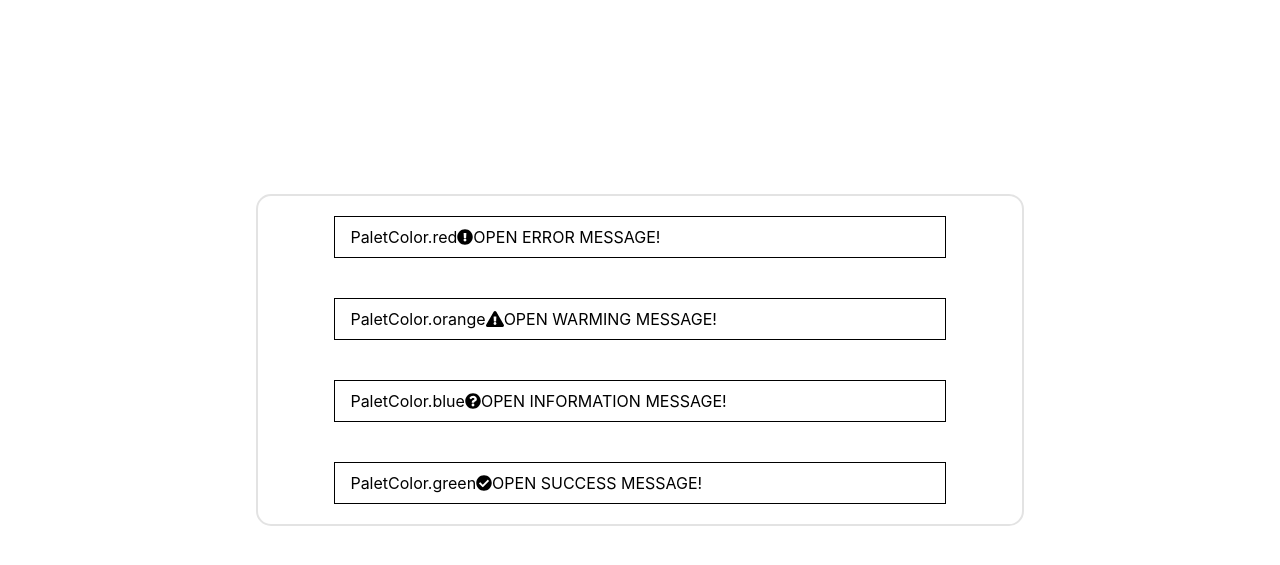
Repository: KrzysKolo/sr_tydzien5_zad2
Page: /
An editor plug-in stored every save of this project. The page is shown before and after a run of saves, followed by the edit.
The browser window is 1280 px wide. The pictures show the whole page.
The project was rebuilt for these pictures with package versions that can differ from the ones it lists, and the page was loaded fresh each time.

Above is the page before, as saved 2020-12-21 17:23:53.

### public/index.html
<!DOCTYPE html>
<html lang="en">
  <head>
    <meta charset="utf-8" />
    <link rel="icon" href="%PUBLIC_URL%/favicon.ico" />
    <meta name="viewport" content="width=device-width, initial-scale=1" />
    <meta name="theme-color" content="#000000" />
    <meta
      name="description"
      content="Web site created using create-react-app"
    />
    <link rel="apple-touch-icon" href="%PUBLIC_URL%/logo192.png" />
    <!--
      manifest.json provides metadata used when your web app is installed on a
      user's mobile device or desktop. See https://developers.google.com/web/fundamentals/web-app-manifest/
    -->
    <link rel="manifest" href="%PUBLIC_URL%/manifest.json" />
    <!--
      Notice the use of %PUBLIC_URL% in the tags above.
      It will be replaced with the URL of the `public` folder during the build.
      Only files inside the `public` folder can be referenced from the HTML.

      Unlike "/favicon.ico" or "favicon.ico", "%PUBLIC_URL%/favicon.ico" will
      work correctly both with client-side routing and a non-root public URL.
      Learn how to configure a non-root public URL by running `npm run build`.
    -->
    <title>Zad 2 - snackbar</title>
  </head>
  <body>
    <noscript>You need to enable JavaScript to run this app.</noscript>
    <div id="root"></div>
    <!--
      This HTML file is a template.
      If you open it directly in the browser, you will see an empty page.

      You can add webfonts, meta tags, or analytics to this file.
      The build step will place the bundled scripts into the <body> tag.

      To begin the development, run `npm start` or `yarn start`.
      To create a production bundle, use `npm run build` or `yarn build`.
    -->
  </body>
</html>

### src/App.js
import React from 'react';
import Buttons from './components/Buttons';
import './App.css';
const App = () => {
  return (
    <div className="wrapper--btn">
      <Buttons />
    </div>
  )
}

export default App;

### src/components/Buttons.js
import React from 'react';
import PaletColors from './../colors/PaletColors';
import ButtonsData from './../data/ButtonsData';
import Button from './Button';

const Buttons = () => {
    return (
        <>
            {ButtonsData.map(button =>
                <Button key={button.id} bgc={button.color} data={button} />
            )}
        </>
    )
}

export default Buttons;

### src/App.css
* {
  box-sizing: border-box;
  margin: 0;
  position: relative;
}
body {
  width: 100vw;
  height: 100vh;
  display: flex;
  flex-direction: row;
  justify-content: center;
  align-items: center;
}
.wrapper--btn {
  border: 2px solid #e3e3e3;
  border-radius: 15px;
  width: 60vw;
  display: flex;
  flex-direction: column;
  justify-content: center;
  align-items: center;
}
.btn {
  border: 1px solid black;
  padding: 10px 15px;
  margin: 20px;
  width: 80%;
}

### src/colors/PaletColors.js
const PaletColors = {
    "red": "rgb(244, 67, 54)",
    "orange": "rgb(255, 152, 0)",
    "blue": "rgb(33, 150, 243)",
    "green": "rgb(76, 175, 80)",
    "maroon": "rgb(124, 0, 0)",
    "navy": "rgb(44, 44, 96)",
    "white": "rgb(240, 239, 244)",
    "black": "rgb(0, 0, 0)",
};

  export default PaletColors;

### src/data/ButtonsData.js
const ButtonsData = [
    {
      id: 0,
      name: "OPEN ERROR MESSAGE!",
      event: "handleClickError",
      color: "PaletColor.red",
      icon: "faExclamationCircle"
    },
    {
      id: 1,
      name: "OPEN WARMING MESSAGE!",
      event: "handleClickWarming",
      color: "PaletColor.orange",
      icon: "faExclamationTriangle",
    },
    {
      id: 2,
      name: "OPEN INFORMATION MESSAGE!",
      event: "handleClickInformation",
      color: "PaletColor.blue",
      icon: "faQuestionCircle",
    },
    {
      id: 3,
      name: "OPEN SUCCESS MESSAGE!",
      event: "handleClickSuccess",
      color: "PaletColor.green",
      icon: "faCheckCircle",
    },

  ]
 export default ButtonsData;

### src/components/Button.js
import React, { useState } from 'react';
import Icons from './Icons';
import PaletColors from './../colors/PaletColors';

const Button = ({data, bgc}) => {
    const [isHover, setIsHover] = useState(false)
    return (
        <div className="btn" onClick={data.event}>{bgc}
            <Icons icon={data.icon}/>
             {data.name}
        </div>
    )
}

export default Button;

### src/components/Icons.js
import React from 'react';
import { FontAwesomeIcon } from '@fortawesome/react-fontawesome';
import { faCheckCircle, faQuestionCircle, faExclamationTriangle, faExclamationCircle } from '@fortawesome/free-solid-svg-icons';

const Icons = ({icon}) => {

        switch (icon) {
            case 'faExclamationCircle': return <FontAwesomeIcon icon={faExclamationCircle} />;
            case 'faExclamationTriangle': return <FontAwesomeIcon icon={faExclamationTriangle} />;
            case 'faQuestionCircle': return <FontAwesomeIcon icon={faQuestionCircle} />;
            case 'faCheckCircle': return <FontAwesomeIcon icon={faCheckCircle} />;
            default: return null;
            }



}

export default Icons;

Loaded but not shown: src/index.js (common file); src/index.css (common file)

After the next 5 saves:
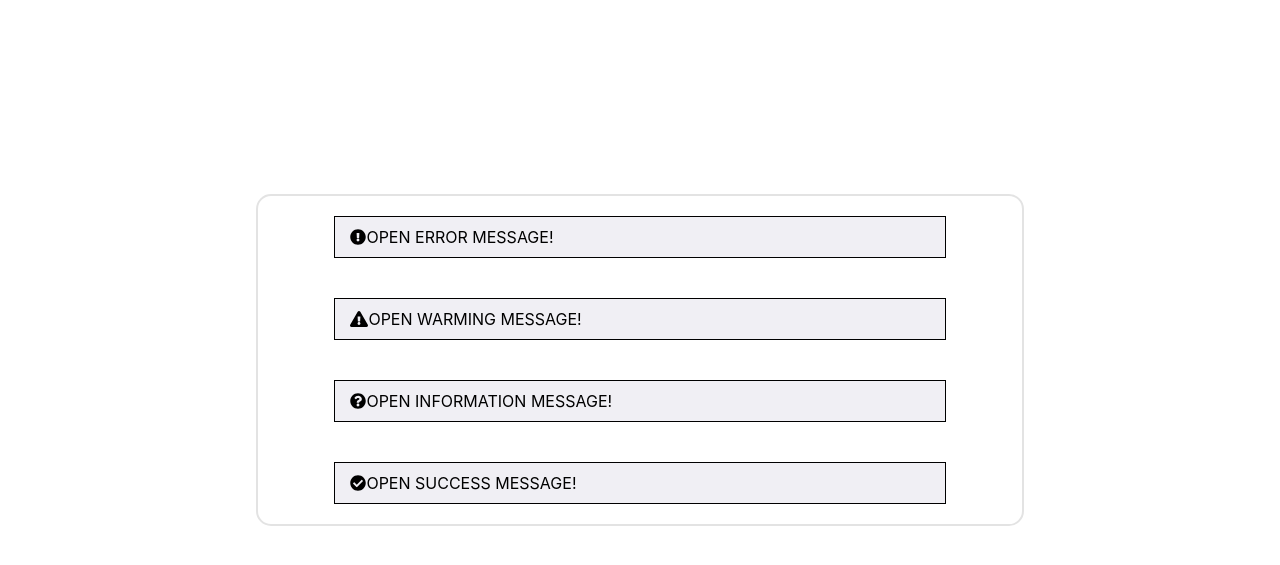
The 5 saves are shown as one change because 4 did not build or start.
The last was saved 9 min 55 s later.
--- a/src/components/Button.js
+++ b/src/components/Button.js
@@ -1,11 +1,22 @@
 import React, { useState } from 'react';
 import Icons from './Icons';
 import PaletColors from './../colors/PaletColors';
+import { faBorderNone } from '@fortawesome/free-solid-svg-icons';
 
 const Button = ({data, bgc}) => {
     const [isHover, setIsHover] = useState(false)
+    const hoverStyles = {
+        background: bgc,
+        color: PaletColors.white,
+
+    }
+    const unhoverStyles = {
+        background: PaletColors.white,
+        color: bgc,
+        border: `2px solid ${bgc}`,
+    }
     return (
-        <div className="btn" onClick={data.event}>{bgc}
+        <div className="btn" onClick={data.event} style={isHover ? hoverStyles : unhoverStyles }>
             <Icons icon={data.icon}/>
              {data.name}
         </div>
